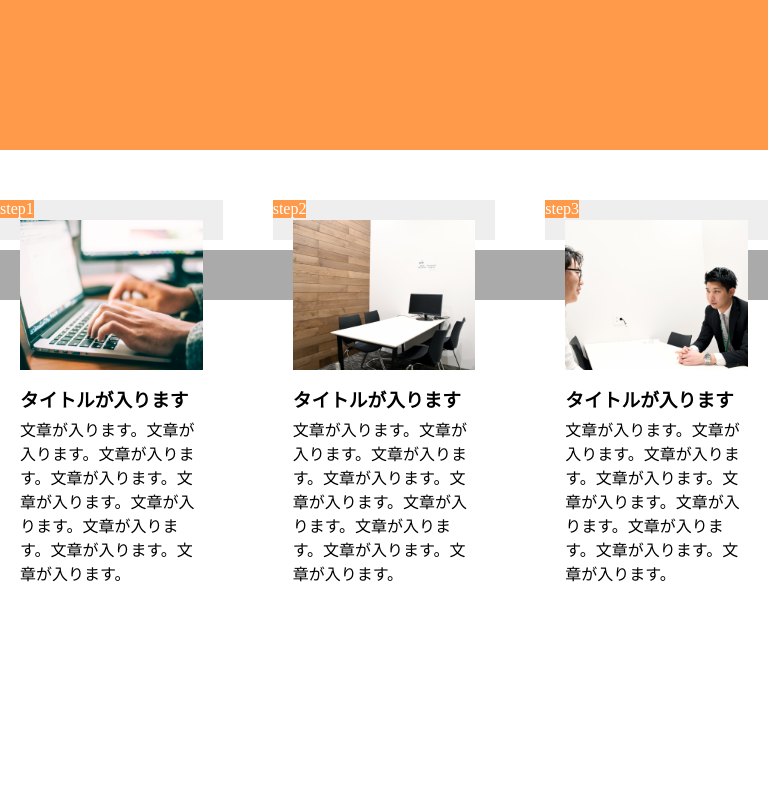
Repository: miho-baba/chapter10.1
Page: chapter9/chapter9.html
The author's editor kept a record of every edit. The page is drawn from the files as they stood at one moment, then again after the next edit.
The browser window is 768 px wide. The pictures show the whole page.

Above is the page before.

### chapter9/chapter9.html

<!DOCTYPE html>
<html lang="ja">
  <head>
    <meta charset="UTF-8" />
    <meta name="viewport" content="width=device-width,initial-scale=1.0">
  <title>9章演習</title>
    <link rel="stylesheet" href="chapter9.css" />
  </head>
  <body>
    <header></header>
    <main>
      <div class="step-box">
        <div class="step-img1"></div>
        <span class="step-num">step1</span>
        <h3 class="title">タイトルが入ります</h3>
        <p class="text">
          文章が入ります。文章が入ります。文章が入ります。文章が入ります。文章が入ります。文章が入ります。文章が入ります。文章が入ります。文章が入ります。
        </p>
      </div>

      <div class="step-box">
        <div class="step-img2"></div>
        <span class="step-num">step2</span>
        <h3 class="title">タイトルが入ります</h3>
        <p class="text">
          文章が入ります。文章が入ります。文章が入ります。文章が入ります。文章が入ります。文章が入ります。文章が入ります。文章が入ります。文章が入ります。
        </p>
      </div>

      <div class="step-box">
        <div class="step-img3"></div>
        <span class="step-num">step3</span>
        <h3 class="title">タイトルが入ります</h3>
        <p class="text">
          文章が入ります。文章が入ります。文章が入ります。文章が入ります。文章が入ります。文章が入ります。文章が入ります。文章が入ります。文章が入ります。
        </p>
      </div>
    </main>
    <footer></footer>
  </body>
</html>

### chapter9/chapter9.css
* {
  box-sizing: border-box;
  margin: 0;
  padding: 0;
}

header {
  height: 50px;
  background-color: #ff9a4b;
}

main {
  width: 960px;
  margin: 50px auto;
  display: flex;
}

.step-box {
  width: 300px;
  margin-right: 30px;
  padding: 10px;
  position: relative;
  background-color: #eee;
}

.step-box:last-child {
  margin-right: 0;
}

.step-img1 {
  height: 150px;
  background-image: url(img/flow01.png);
  background-position: bottom;
  background-size: cover;
}

.step-img2 {
  height: 150px;
  background-image: url(img/flow02.png);
  background-position: bottom;
  background-size: cover;
}

.step-img3 {
  height: 150px;
  background-image: url(img/flow03.png);
  background-position: bottom;
  background-size: cover;
}

.step-num {
  position: absolute;
  top: 0;
  left: 0;
  background-color: #ff9a4b;
  color: #fff;
}

.title {
  margin: 15px 0 5px;
}

footer {
  height: 50px;
  background-color: #aaa;
}

@media screen and (max-width:768px) {
  header {
    height: 150px;
    width: 100%;
}

main {
  height: 0px;
  width: 100%;
  margin: 50px auto;
  display: flex;
}

.step-box {
  width: 90%;
  margin-right: 50px;
  padding: 20px;
  position: relative;
  background-color: #eee;
}

.step-box:last-child {
  margin-right: 0;
}

.step-img1 {
  height: 150px;
  background-image: url(img/flow01.png);
  background-position: bottom;
  background-size: cover;
}

.step-img2 {
  height: 150px;
  background-image: url(img/flow02.png);
  background-position: bottom;
  background-size: cover;
}

.step-img3 {
  height: 150px;
  background-image: url(img/flow03.png);
  background-position: bottom;
  background-size: cover;
}

.step-num {
  position: absolute;
  top: 0;
  left: 0;
  background-color: #ff9a4b;
  color: #fff;
}

.title {
  margin: 15px 0 5px;
}

footer {
  height: 50px;
  background-color: #aaa;
}

After the next edit:
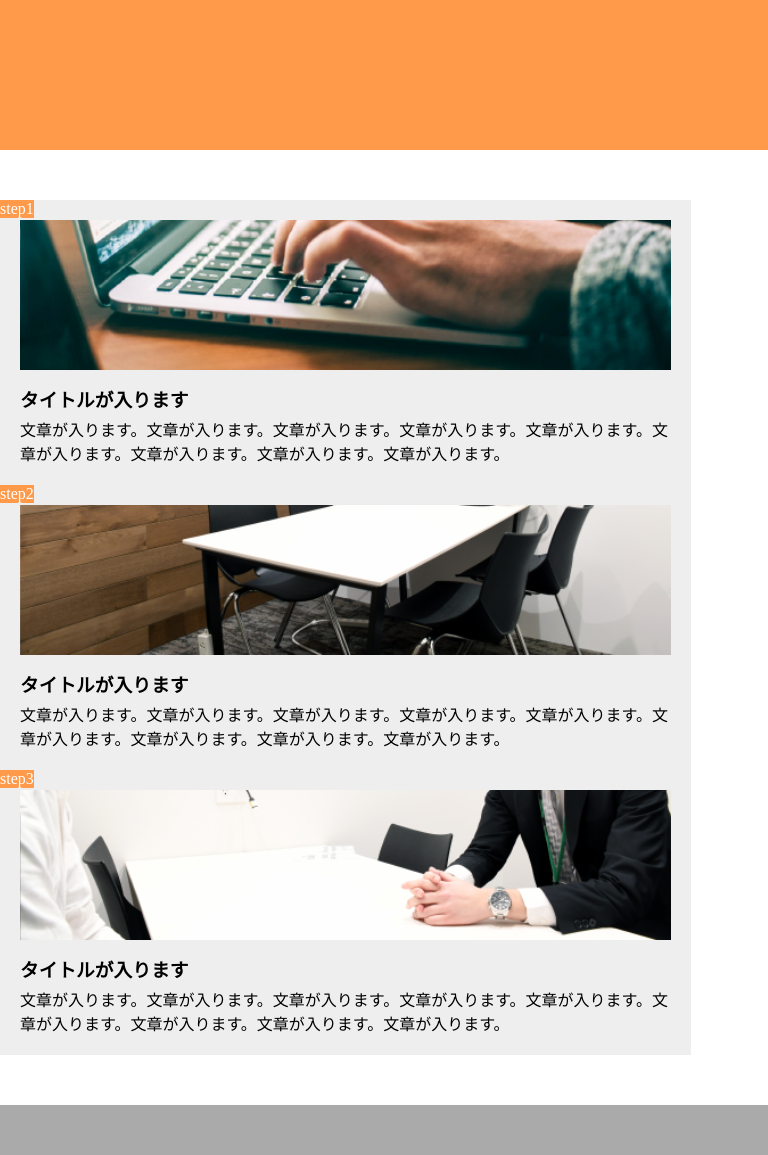
The edit:
--- a/chapter9/chapter9.css
+++ b/chapter9/chapter9.css
@@ -72,10 +72,9 @@
 }
 
 main {
-  height: 0px;
   width: 100%;
   margin: 50px auto;
-  display: flex;
+  display: block;
 }
 
 .step-box {
